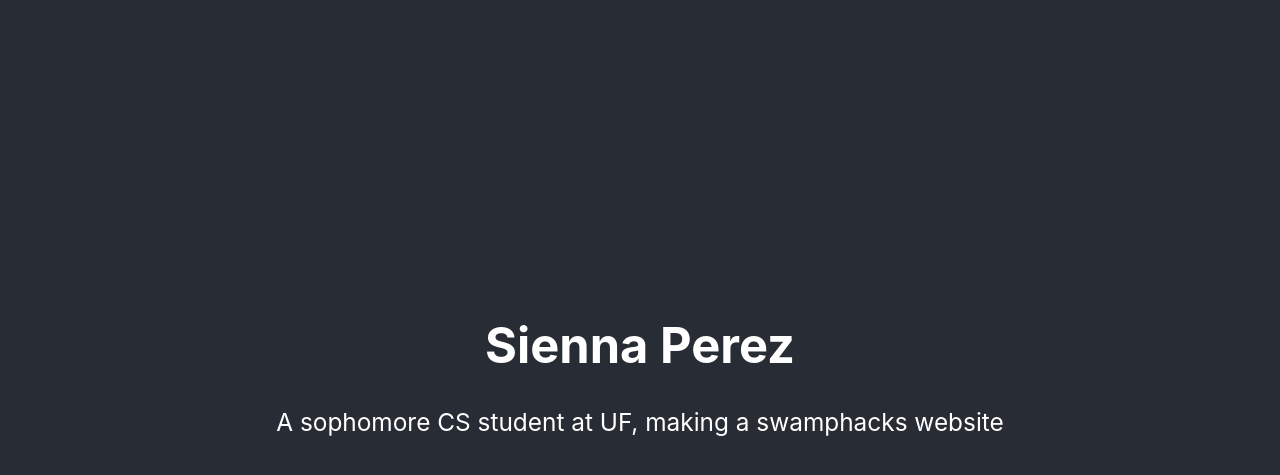
Repository: kaylainoa/Swamphacks
Page: /
The author's editor kept a copy of each file at every save. The page is drawn from the files as they stood at one save, then again after the next save.
The browser window is 1280 px wide. The pictures show the whole page.
The project was rebuilt for these pictures with package versions that can differ from the ones it lists, and the page was loaded fresh each time.

Above is the page before, as saved 2025-01-23 18:21:23.

After the next save:
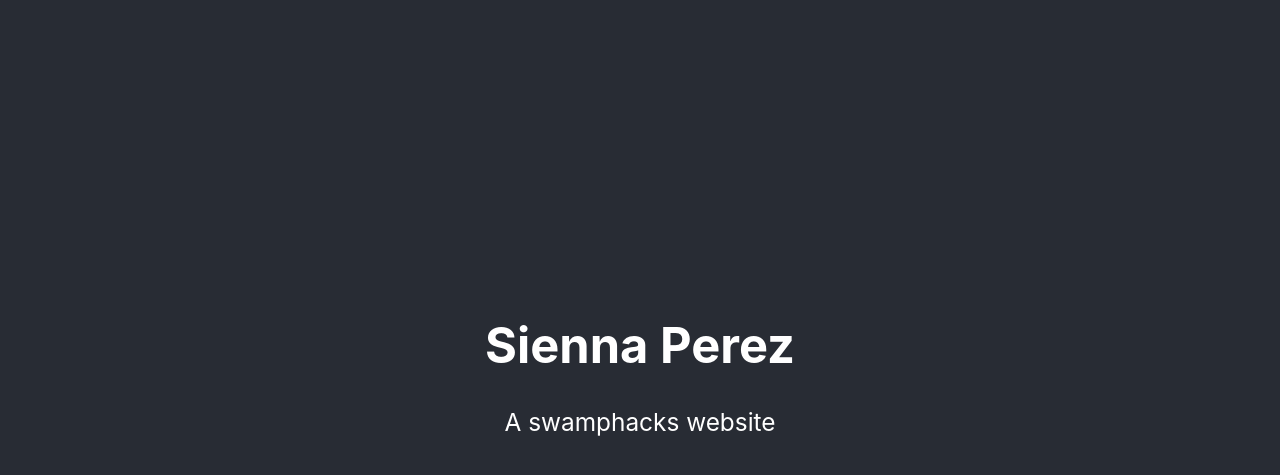
Saved 24 s later.
--- a/src/App.js
+++ b/src/App.js
@@ -6,7 +6,7 @@
     <div className="App">
       <header className="App-header">
         <h1>Sienna Perez</h1>
-        <div>A sophomore CS student at UF, making a swamphacks website</div>
+        <div>A swamphacks website</div>
 
       </header>
     </div>
